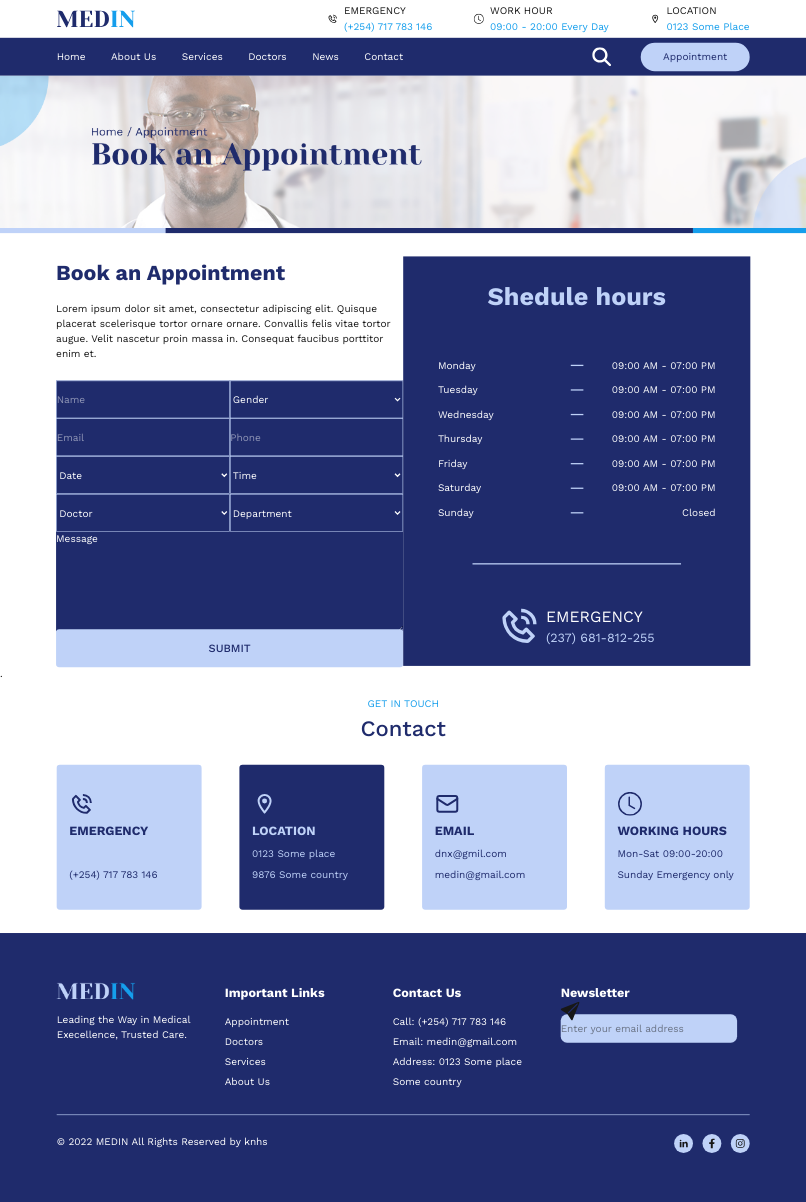
Repository: SynHK3/Poc_Hospital
Page: /appointment (app in fe_hospital/)
An editor plug-in stored every save of this project. The page is shown before and after the next save, followed by the edit.
The browser window is 1280 px wide. The pictures show the whole page, at 63% of full size.
The project was rebuilt for these pictures with package versions that can differ from the ones it lists, and the page was loaded fresh each time. The framework's server and built-in components were replaced by stand-ins that run in the browser. Also part of the build but not shown: fe_hospital/next.config.ts.

Above is the page before, as saved 2025-09-02 23:04:25.

After the next save:
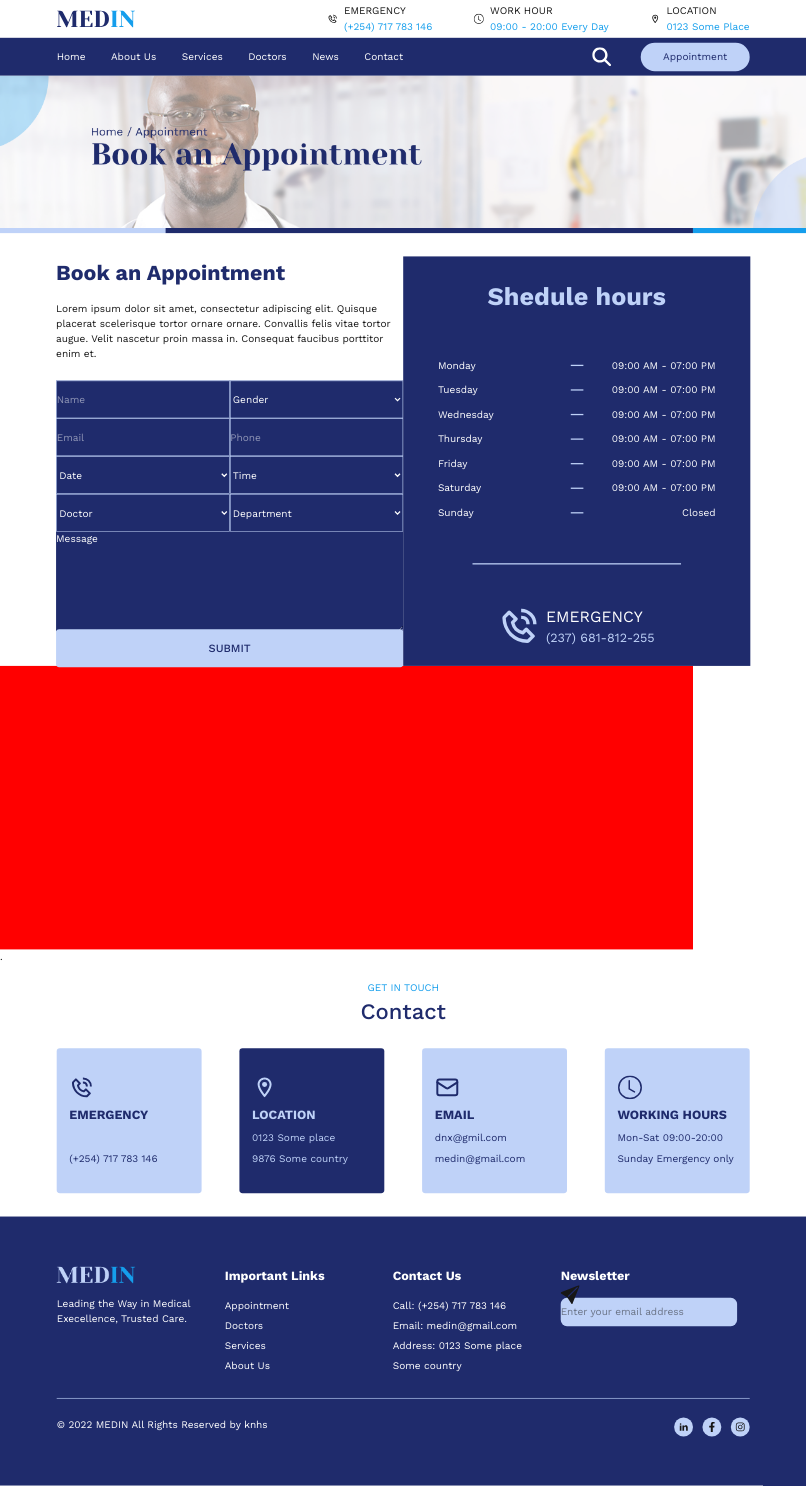
Saved 7 s later.
--- a/fe_hospital/src/app/appointment/appointment.css
+++ b/fe_hospital/src/app/appointment/appointment.css
@@ -182,6 +182,6 @@
 /* Map In Appointment  */
 .container__content--map {
   width: 1100px;
-
+  height: 450px;
   background-color: red;
 }
